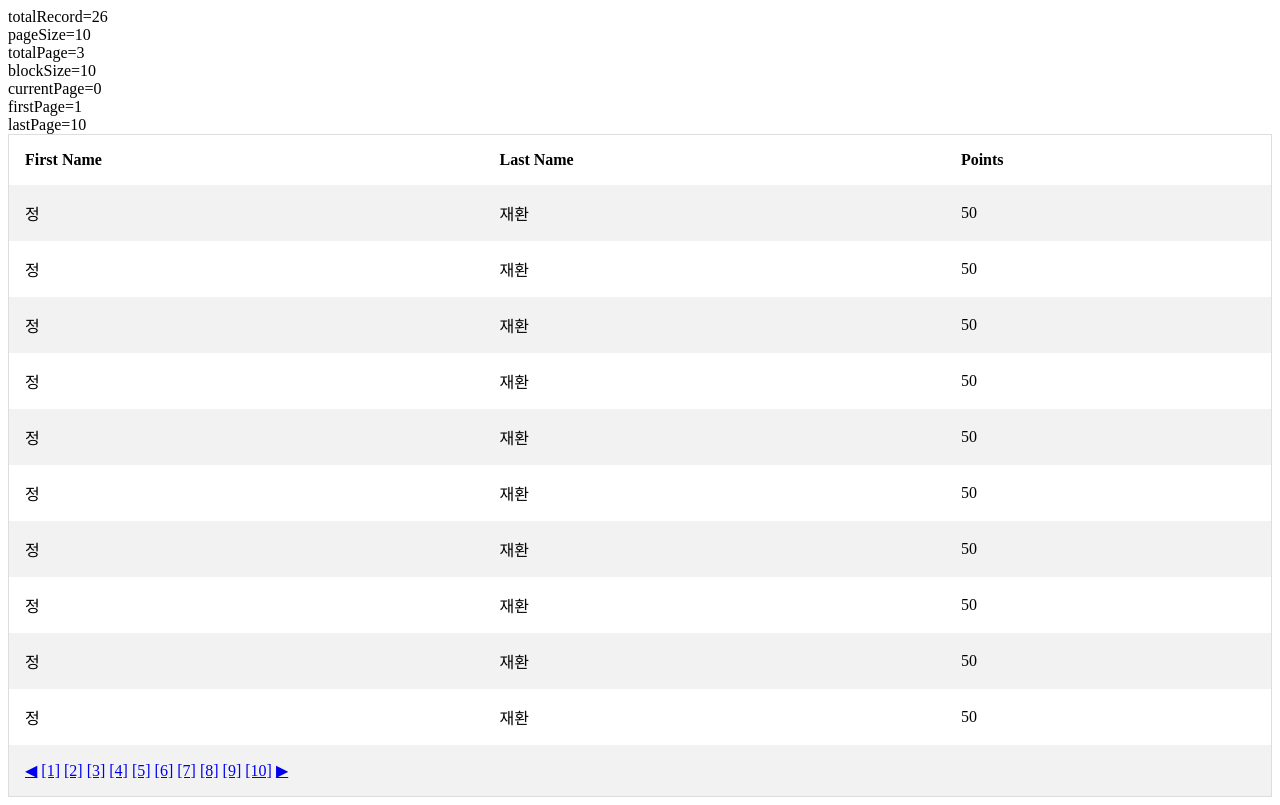
Repository: rekindle402/inc_study
Page: http://localhost/BoardApp/board/list.jsp?currentPage=0
An editor plug-in stored every save of this project. The page is shown before and after the next save, followed by the edit.
The browser window is 1280 px wide. The pictures show the whole page.
The page is served by Tomcat 9. Other server files are loaded and not shown.

Above is the page before, as saved 2025-07-02 08:36:23.

### BoardApp/src/main/webapp/board/list.jsp
<%@ page language="java" contentType="text/html; charset=UTF-8"
    pageEncoding="UTF-8"%>

<%
	int totalRecord = 26; // 총 레코드 수
	int pageSize = 10;
	int totalPage = (int)Math.ceil((float)totalRecord / pageSize);
	int blockSize=10; // 블럭당 보여질 페이지 수
	int currentPage = 1; // 현재 유저가 보고있는 페이지
	if(request.getParameter("currentPage")!=null){ // 페이지 파라미터가 넘어올떄만
    currentPage = Integer.parseInt(request.getParameter("currentPage"));
	}

	int firstPage = currentPage - (currentPage-1)%blockSize;
	int lastPage = firstPage + (blockSize-1);// 블럭당 마지막 페이지



%>

<%="totalRecord="+totalRecord+"<br>"%>
<%="pageSize="+pageSize+"<br>"%>
<%="totalPage="+totalPage+"<br>"%>
<%="blockSize="+blockSize+"<br>"%>
<%="currentPage="+currentPage+"<br>"%>
<%="firstPage="+firstPage+"<br>"%>
<%="lastPage="+lastPage+"<br>"%>

<!DOCTYPE html>
<html>
<head>
<meta name="viewport" content="width=device-width, initial-scale=1">
<style>
table {
  border-collapse: collapse;
  border-spacing: 0;
  width: 100%;
  border: 1px solid #ddd;
}

th, td {
  text-align: left;
  padding: 16px;
}

tr:nth-child(even) {
  background-color: #f2f2f2;
}

.pageNum{
	font-size:27px;
	font-weight:bold;
	color:red;
}
</style>
</head>
<body>
<table>
  <tr>
    <th>First Name</th>
    <th>Last Name</th>
    <th>Points</th>
  </tr>
  <% for(int i=0; i<pageSize; i++){

  %>
  <tr>
    <td>정</td>
    <td>재환</td>
    <td>50</td>
  </tr>
  <%}%>
  <tr>
  	<td colspan="3">
  	<a href="#">◀</a>
  <% for(int j=1; j<=blockSize; j++) {%>
  <a href="/board/list.jsp?currentPage=<%=j%>">[<%=j%>]</a>
  <%}%>
  <a href="#">▶</a>
  	</td>
  </tr>
</table>

</body>
</html>

After the next save:
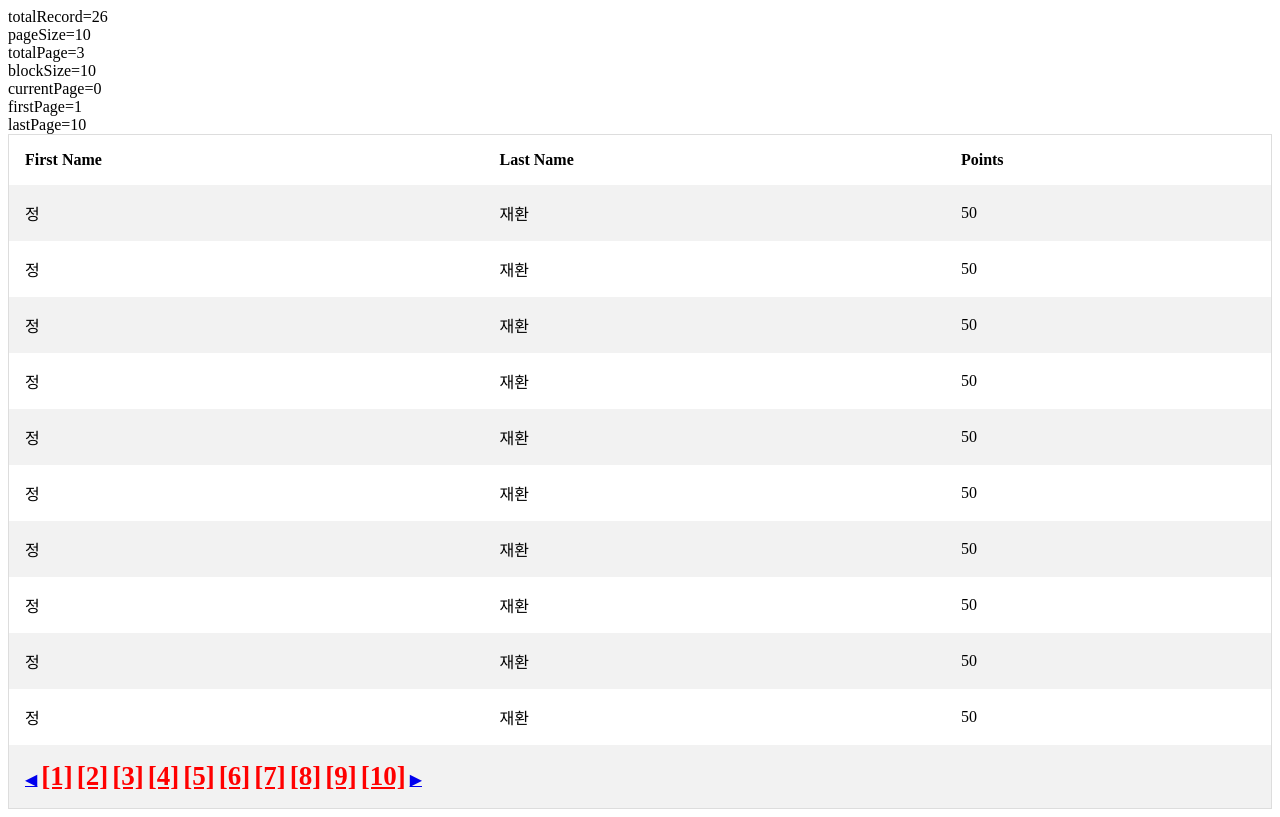
Saved 25 s later.
--- a/BoardApp/src/main/webapp/board/list.jsp
+++ b/BoardApp/src/main/webapp/board/list.jsp
@@ -74,7 +74,7 @@ tr:nth-child(even) {
   	<td colspan="3">
   	<a href="#">◀</a>
   <% for(int j=1; j<=blockSize; j++) {%>
-  <a href="/board/list.jsp?currentPage=<%=j%>">[<%=j%>]</a>
+  <a class="pageNum" href="/board/list.jsp?currentPage=<%=j%>">[<%=j%>]</a>
   <%}%>
   <a href="#">▶</a>
   	</td>
